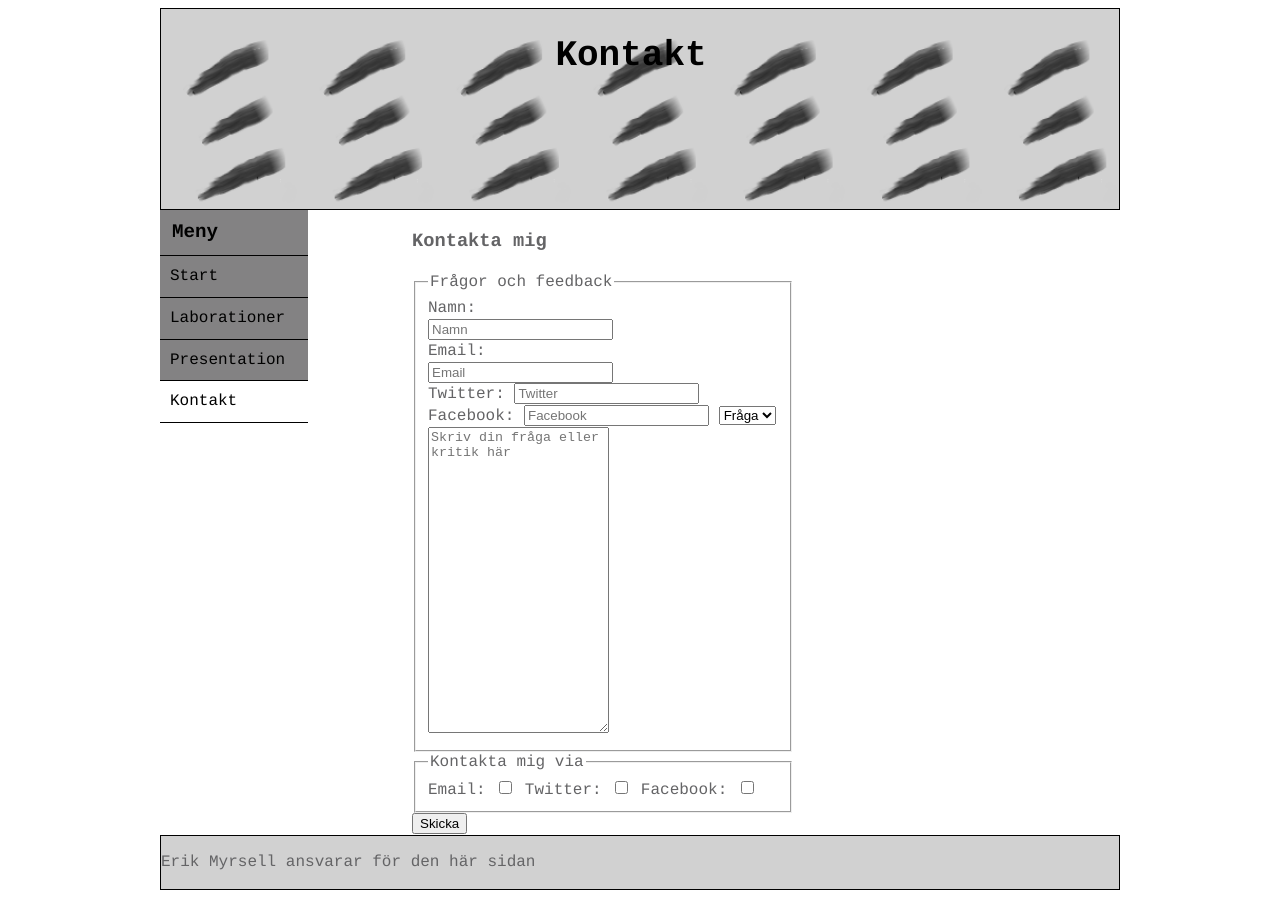
Repository: em222mt/1IK415_em222mt
Page: pages/kontakt.html
The author's editor kept a record of every edit. The page is drawn from the files as they stood at one moment, then again after the next edit.
The browser window is 1280 px wide. The pictures show the whole page.

Above is the page before.

After the next edit:
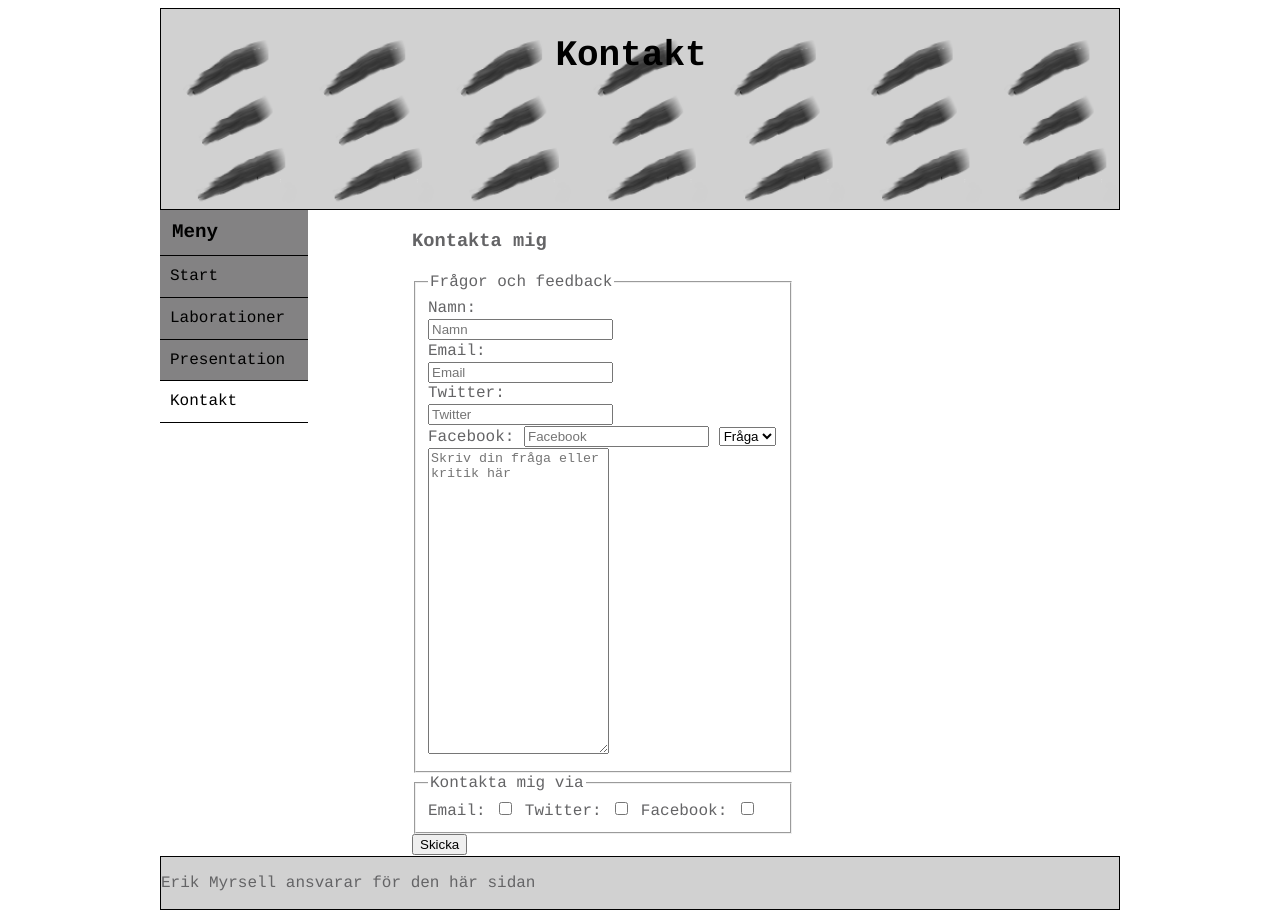
The edit:
--- a/pages/kontakt.html
+++ b/pages/kontakt.html
@@ -47,8 +47,8 @@
                         <label id="formemail"for="email">Email:</label></br>
                         <input id="formemail"placeholder="Email" type="text" name="email" id="email" /></br>
 
-                        <label id="formtwitter" for="twitter">Twitter:</label>
-                        <input id="formtwitter"placeholder="Twitter" type="text" name="twitter" id="twitter" />
+                        <label id="formtwitter" for="twitter">Twitter:</label></br>
+                        <input id="formtwitter"placeholder="Twitter" type="text" name="twitter" id="twitter" /></br>
 
                         <label id="formfacebook" for="facebook">Facebook:</label>
                         <input id="formfacebook" placeholder="Facebook" type="text" name="facebook" id="facebook" />
